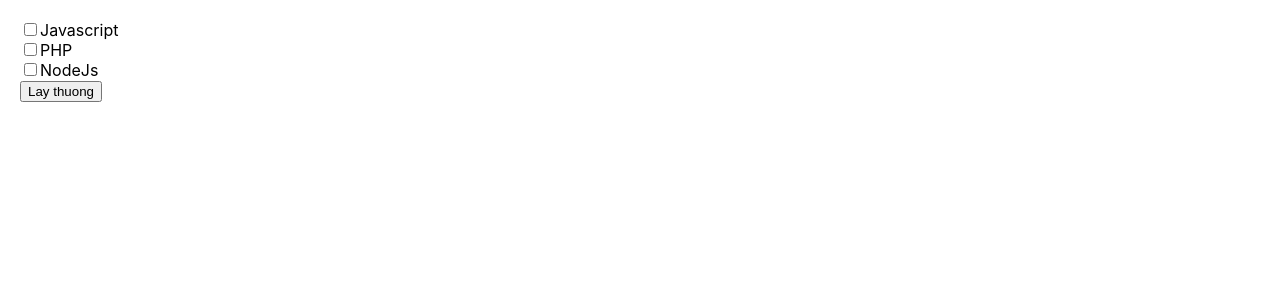
Repository: ducthanglinh/tiktok-clone
Page: /
An editor plug-in stored every save of this project. The page is shown before and after the next save, followed by the edit.
The browser window is 1280 px wide. The pictures show the whole page.
The project was rebuilt for these pictures with package versions that can differ from the ones it lists, and the page was loaded fresh each time.

Above is the page before, as saved 2022-09-23 20:05:07.

After the next save:
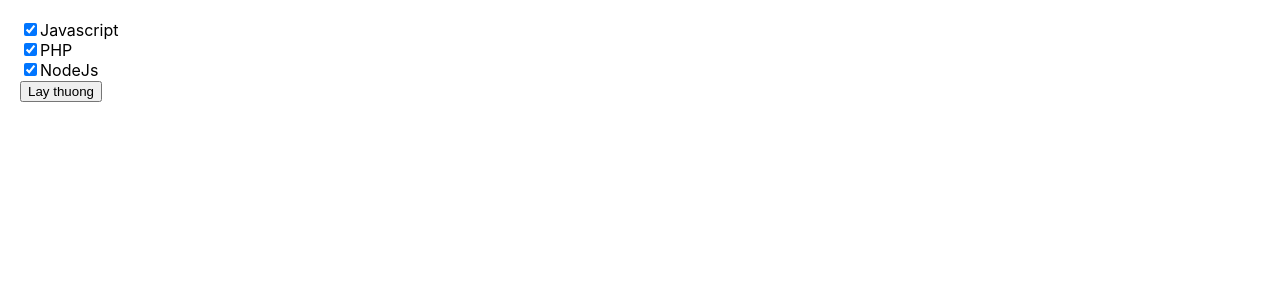
Saved 68 s later.
--- a/src/App.js
+++ b/src/App.js
@@ -31,7 +31,7 @@
         <div key={course.id}>
           <input
             type="checkbox"
-            checked={checked === course.id}
+            checked={checked.filter((item) => item !== course.id)}
             onChange={() => handleCheck(course.id)}
           />
           {course.name}

After the 2 saves that followed:
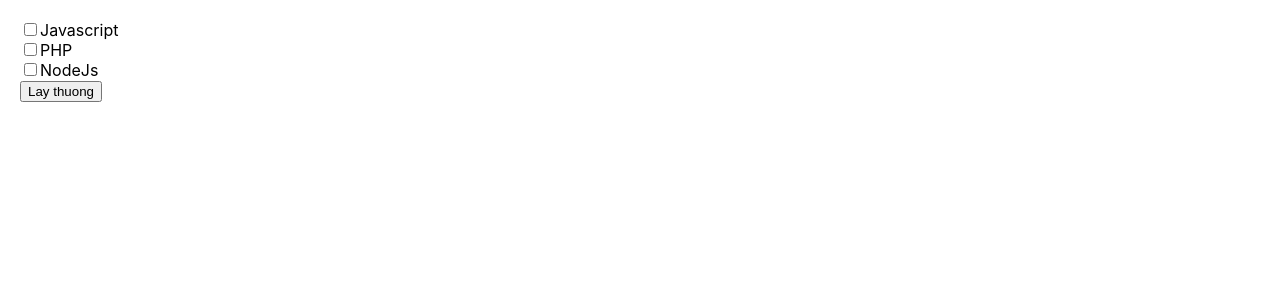
The 2 saves are shown as one change because 1 left the picture as it was.
The last was saved 4 min 6 s later.
--- a/src/App.js
+++ b/src/App.js
@@ -18,7 +18,14 @@
   const [checked, setChecked] = useState([]);
   console.log(checked);
   const handleCheck = (id) => {
-    setChecked((prev) => [...prev, id]);
+    setChecked((prev) => {
+      const isCheck = checked.includes(id);
+      if (isCheck) {
+        return checked.filter((item) => item !== id);
+      } else {
+        return [...prev, id];
+      }
+    });
   };
 
   const handleSubmit = () => {
@@ -31,7 +38,7 @@
         <div key={course.id}>
           <input
             type="checkbox"
-            checked={checked.filter((item) => item !== course.id)}
+            checked={checked.includes(course.id)}
             onChange={() => handleCheck(course.id)}
           />
           {course.name}
